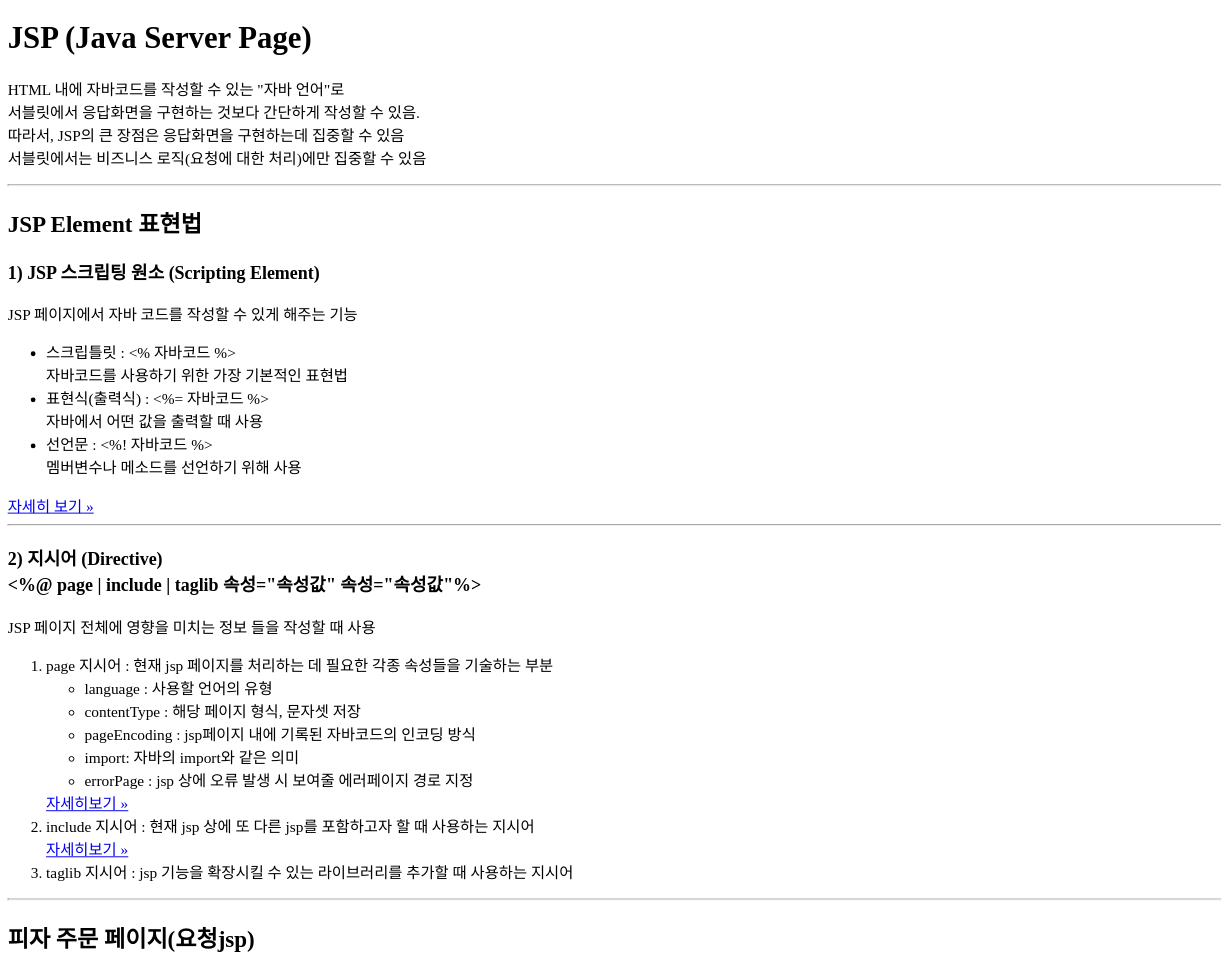
Repository: smjae96/Backup
Page: 5_Servlet/2_JSP/src/main/webapp/index.html
The author's editor kept a copy of each file at every save. The page is drawn from the files as they stood at one save, then again after the next save.
The browser window is 1280 px wide. The pictures show the whole page, at 96% of full size.

Above is the page before, as saved 2024-03-08 01:16:03.

### 5_Servlet/2_JSP/src/main/webapp/index.html
<!DOCTYPE html>
<html>
<head>
<meta charset="UTF-8">
<title>JSP Page</title>
</head>
<body>
	<h1>JSP (Java Server Page)</h1>
	<p>
		HTML 내에 자바코드를 작성할 수 있는 "자바 언어"로 <br>
		서블릿에서 응답화면을 구현하는 것보다 간단하게 작성할 수 있음.<br>
		따라서, JSP의 큰 장점은 응답화면을 구현하는데 집중할 수 있음<br>
		서블릿에서는 비즈니스 로직(요청에 대한 처리)에만 집중할 수 있음
	</p>
	<hr>

	<h2>JSP Element 표현법</h2>
	<h3>1) JSP 스크립팅 원소 (Scripting Element)</h3>
	<p>JSP 페이지에서 자바 코드를 작성할 수 있게 해주는 기능</p>

	<ul>
		<li>
			스크립틀릿 : &lt;% 자바코드 %&gt; <br>
			자바코드를 사용하기 위한 가장 기본적인 표현법
		</li>
		<li>
			표현식(출력식) : &lt;%= 자바코드 %&gt; <br>
			자바에서 어떤 값을 출력할 때 사용
		</li>
		<li>
			선언문 : &lt;%! 자바코드 %&gt; <br>
			멤버변수나 메소드를 선언하기 위해 사용
		</li>
	</ul>

	<a href="views/01_ScriptingElement.jsp">자세히 보기 &raquo;</a>
	<hr>

	<h3>
		2) 지시어 (Directive) <br>
		&lt;%@ page | include | taglib 속성="속성값"
		속성="속성값"%&gt;
	</h3>
	<p>JSP 페이지 전체에 영향을 미치는 정보
		들을 작성할 때 사용</p>
	<ol>
		<li>
			page 지시어 : 현재 jsp 페이지를 처리하는 데 필요한 각종 속성들을 기술하는 부분 <br>
			<ul>
				<li>language : 사용할 언어의 유형</li>
				<li>contentType : 해당 페이지 형식, 문자셋 저장</li>
				<li>pageEncoding : jsp페이지 내에 기록된 자바코드의 인코딩 방식</li>
				<li>import: 자바의 import와 같은 의미</li>
				<li>errorPage : jsp 상에 오류 발생 시 보여줄 에러페이지 경로 지정</li>
			</ul>
			<a href="views/02_directivePage.jsp">자세히보기 &raquo;</a>
		</li>

		<li>
			include 지시어 : 현재 jsp 상에 또 다른 jsp를 포함하고자 할 때 사용하는 지시어 <br>
			<a href="views/03_directiveInclude.jsp">자세히보기 &raquo;</a>
		</li>

		<li>
			taglib 지시어 : jsp 기능을 확장시킬 수 있는 라이브러리를 추가할 때 사용하는 지시어

		</li>
	</ol>

	<hr>

	<h2>피자 주문 페이지(요청jsp)</h2>
</body>
</html>

After the next save:
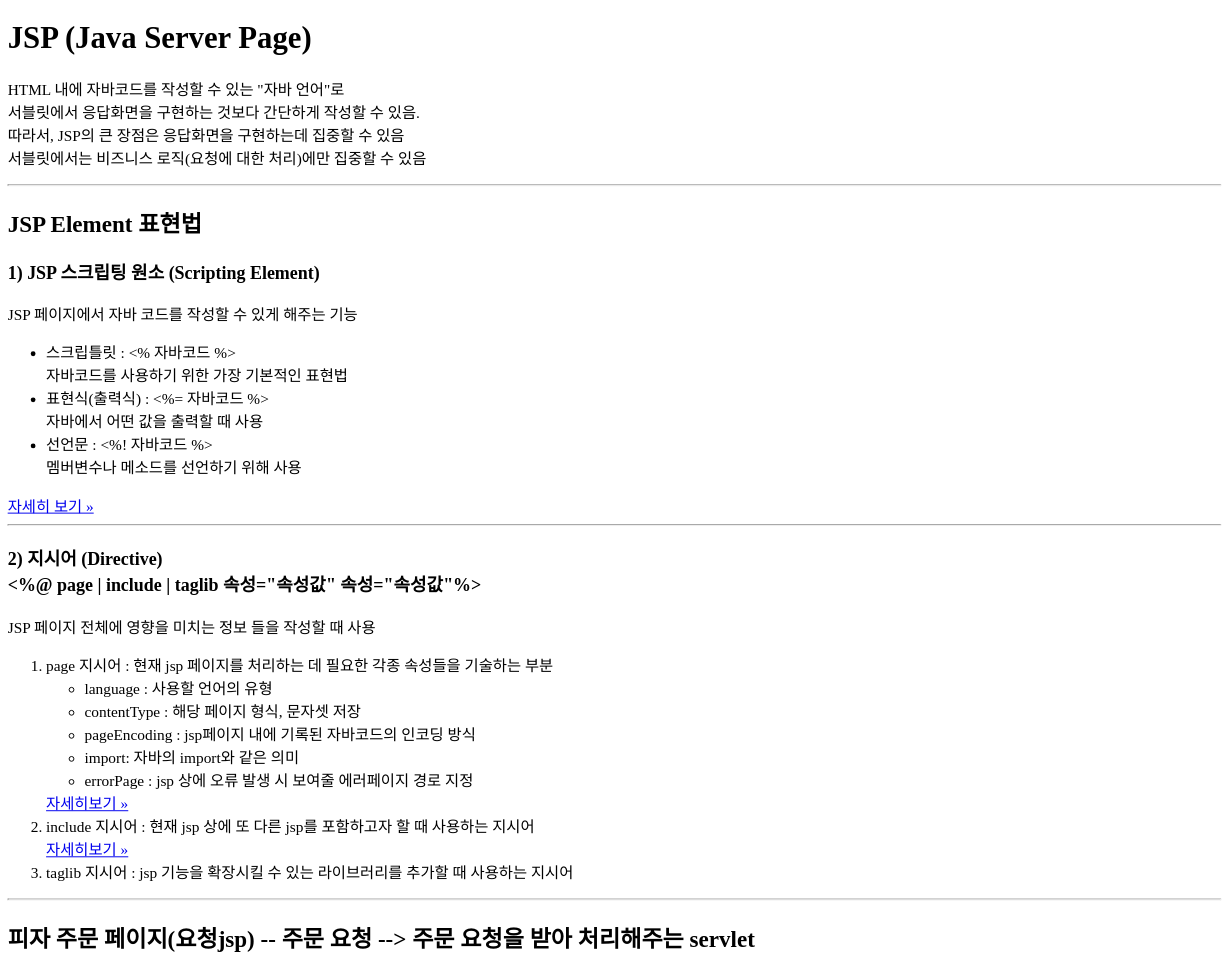
Saved 17 s later.
--- a/5_Servlet/2_JSP/src/main/webapp/index.html
+++ b/5_Servlet/2_JSP/src/main/webapp/index.html
@@ -69,6 +69,6 @@
 
 	<hr>
 
-	<h2>피자 주문 페이지(요청jsp)</h2>
+	<h2>피자 주문 페이지(요청jsp) -- 주문 요청 --> 주문 요청을 받아 처리해주는 servlet</h2>
 </body>
 </html>
